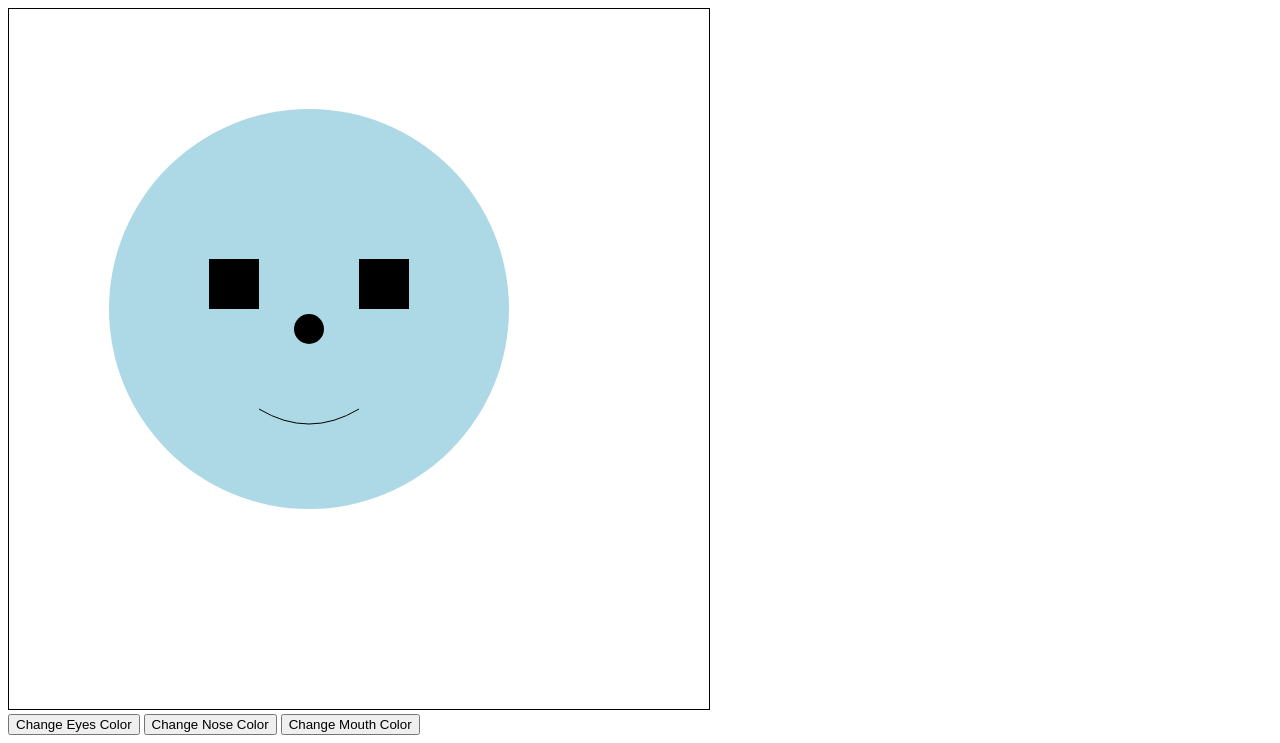
Repository: Chaimaa482/web2-tp1
Page: face.html
An editor plug-in stored every save of this project. The page is shown before and after the next save, followed by the edit.
The browser window is 1280 px wide. The pictures show the whole page.

Above is the page before, as saved 2024-02-20 20:40:32.

After the next save:
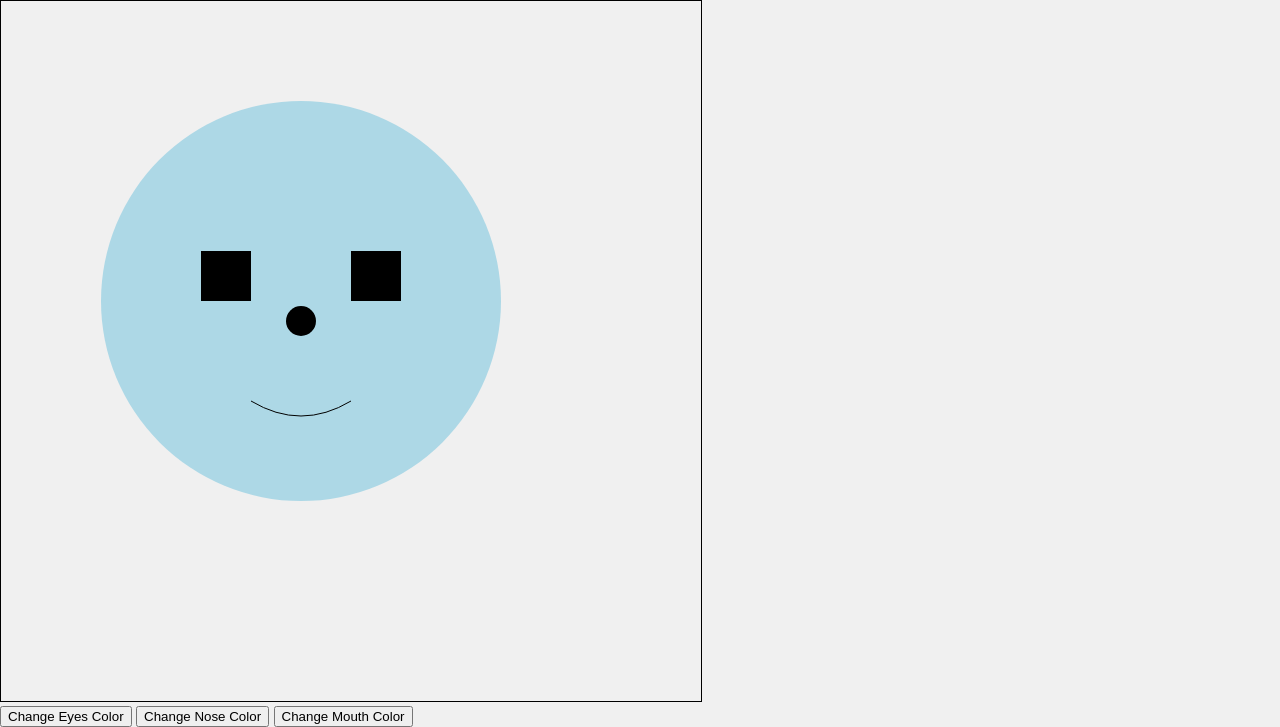
Saved 45 s later.
--- a/face.html
+++ b/face.html
@@ -4,6 +4,22 @@
     <meta charset="UTF-8">
     <meta name="viewport" content="width=device-width, initial-scale=1.0">
     <title>Face Drawing</title>
+    <style>
+        body {
+            font-family: Arial, sans-serif;
+            background-color: #f0f0f0;
+            margin: 0;
+            padding: 0;
+        }
+        svg {
+            display: block;
+            margin: auto;
+            margin-top: 50px;
+        }
+        circle {
+            fill: blue;
+        }
+    </style>
 </head>
 <body>
 

After the 2 saves that followed:
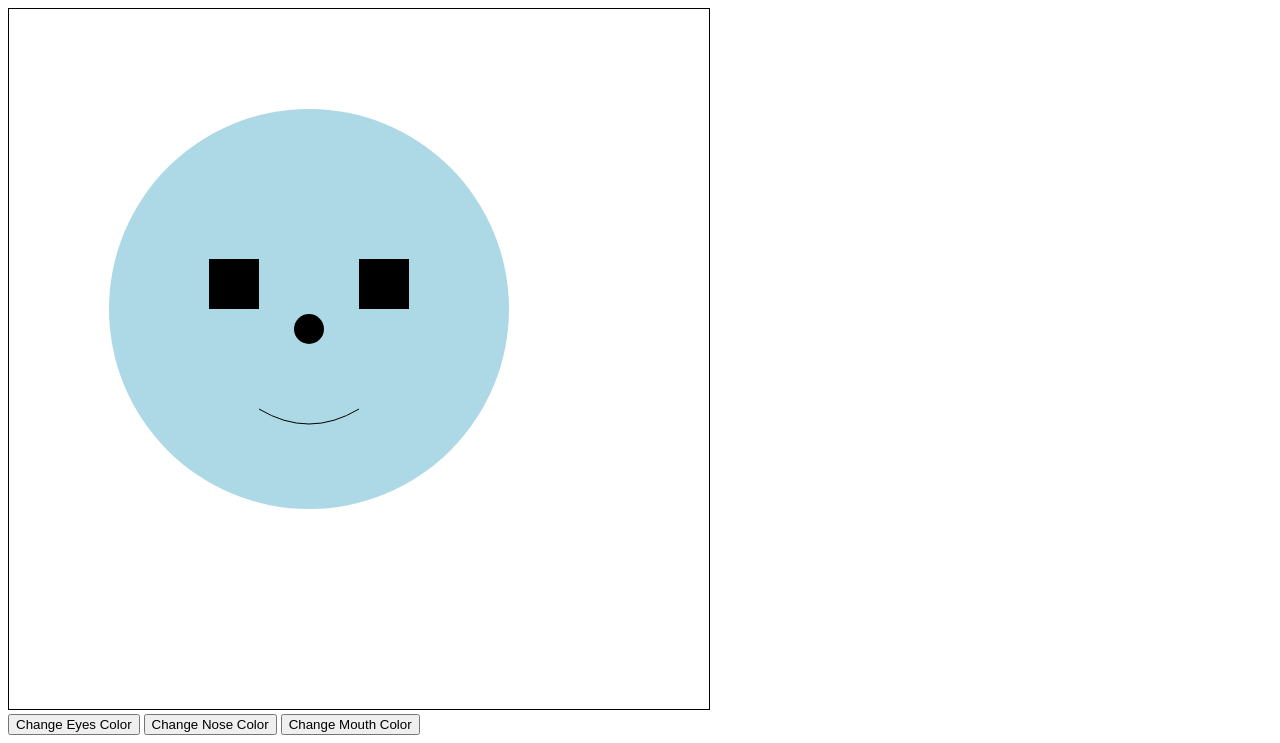
The 2 saves are shown as one change because 1 left the picture as it was.
The last was saved 40 s later.
--- a/face.html
+++ b/face.html
@@ -4,22 +4,6 @@
     <meta charset="UTF-8">
     <meta name="viewport" content="width=device-width, initial-scale=1.0">
     <title>Face Drawing</title>
-    <style>
-        body {
-            font-family: Arial, sans-serif;
-            background-color: #f0f0f0;
-            margin: 0;
-            padding: 0;
-        }
-        svg {
-            display: block;
-            margin: auto;
-            margin-top: 50px;
-        }
-        circle {
-            fill: blue;
-        }
-    </style>
 </head>
 <body>
 
